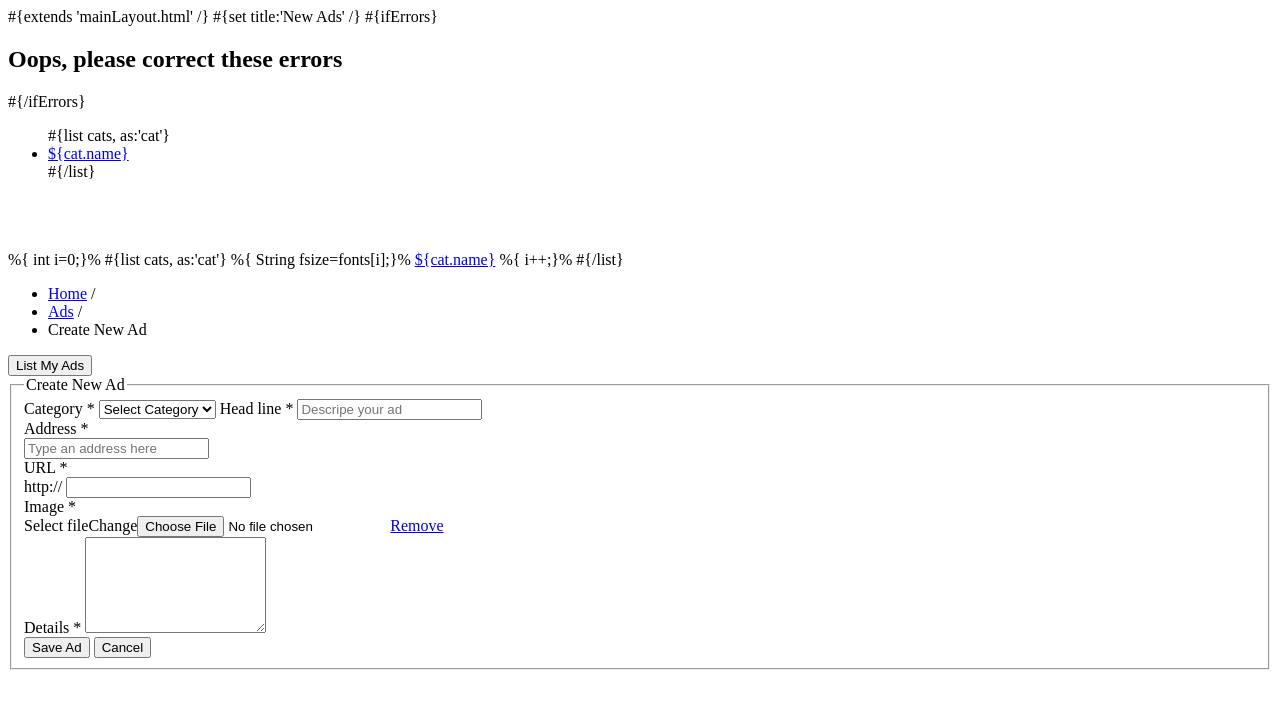
Repository: Maalejm/SEBA
Page: SlifeWebSite/app/views/Ads/newAd.html
These files come from the project's save history. The page is drawn as it stood at one moment and after the next save; the edit follows.
The browser window is 1280 px wide. The pictures show the whole page.

Above is the page before, as saved 2013-06-18 00:51:25.

After the next save:
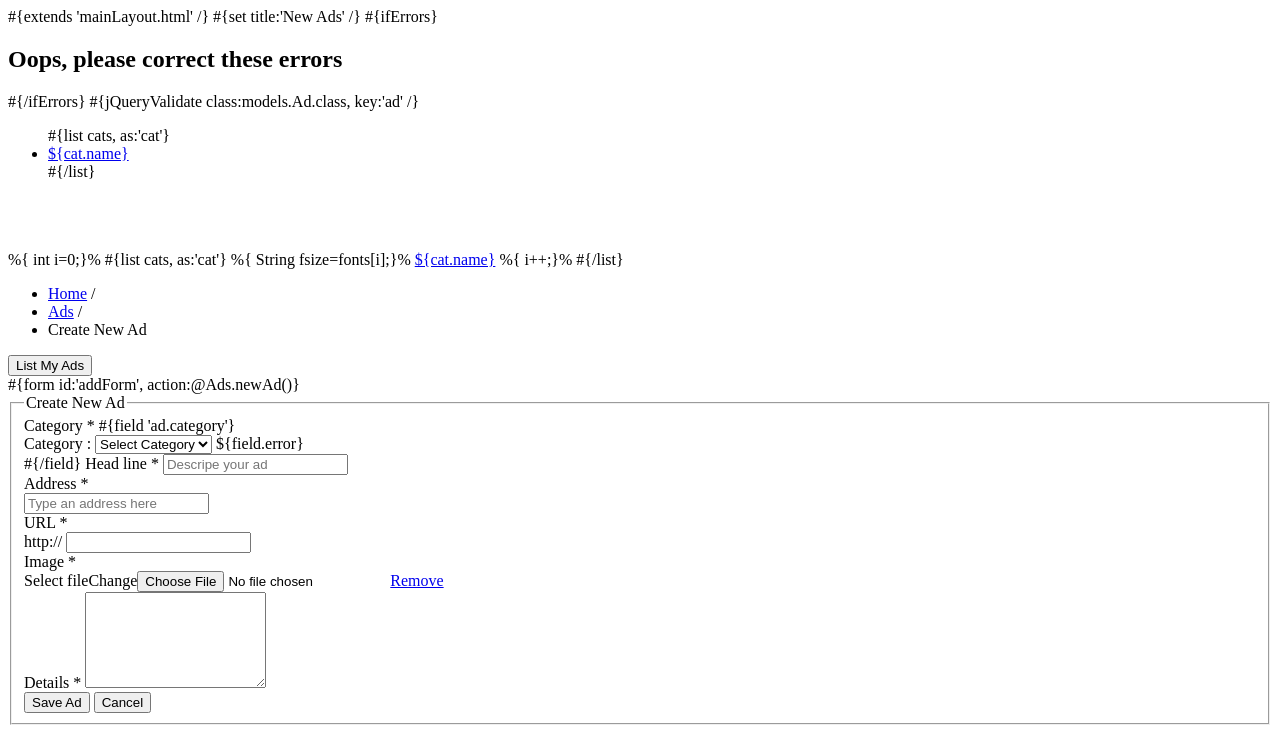
Saved 10 min 50 s later.
--- a/SlifeWebSite/app/views/Ads/newAd.html
+++ b/SlifeWebSite/app/views/Ads/newAd.html
@@ -6,6 +6,7 @@
     <h2>Oops, please correct these errors</h2>
 </div>
 #{/ifErrors}
+#{jQueryValidate class:models.Ad.class, key:'ad' /}
 
  <div class="container-fluid">
             <div class="row-fluid">
@@ -49,16 +50,26 @@
 
 
 
-                    <form>
+
+                    #{form id:'addForm', action:@Ads.newAd()}
                         <fieldset>
                             <legend>Create New Ad</legend>
+
                             <label>Category *</label>
-                            <select class="span5">
+
+
+                             #{field 'ad.category'}
+        						<div class="field">
+            					<label for="${field.id}">Category : </label>
+            					<select id="${field.id}"  name="${field.name}" class="span5 ${field.errorClass}" >
                                 <option value="0">Select Category</option>
                                 #{list cats, as:'cat'}
                                 <option value="${cat.id}">${cat.name}</option>
                     		    #{/list}
                             </select>
+                            <span class="error">${field.error}</span>
+						  </div>
+      				   #{/field}
 
                             <label>Head line *</label>
                              <input type="text" class="span5" placeholder="Descripe your ad">
